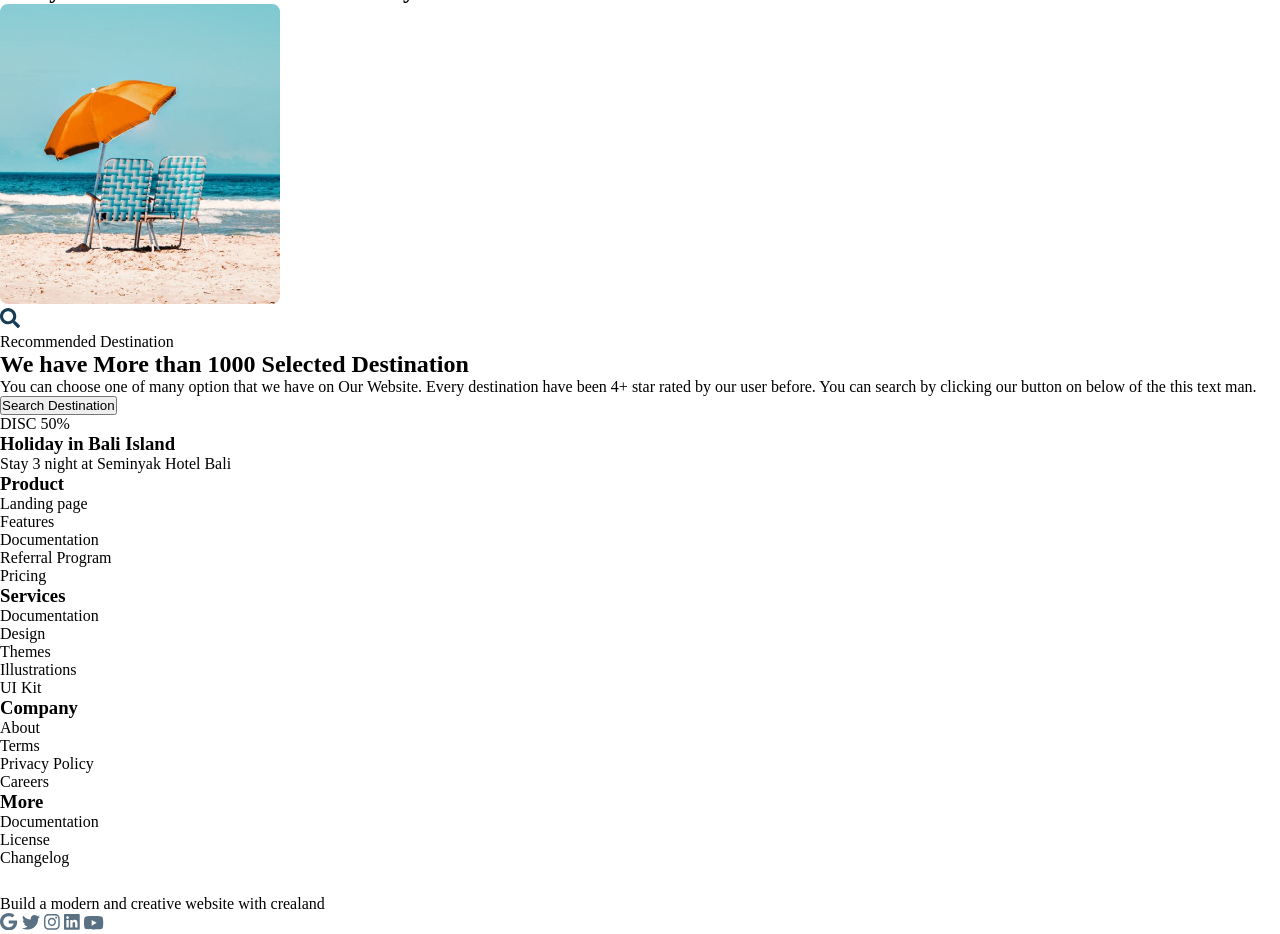
Repository: daviHmoraes/frontcomtailwind
Page: index.html
An editor plug-in stored every save of this project. The page is shown before and after the next save, followed by the edit.
The browser window is 1280 px wide. The pictures show the part of the page from y = 3929 to 4881 px (the page is 4863 px tall before and 4881 px after).
A picture or video elsewhere on the page could not be fetched, so the positions and the page height are approximate.

Above is the page before, as saved 2026-08-31 18:24:04.

### index.html
<!DOCTYPE html>
<html lang="en">
<head>
    <meta charset="UTF-8">
    <meta name="viewport" content="width=device-width, initial-scale=1.0">
    <title>Ehya - Home Page</title>
    <link rel="stylesheet" href="/css/style.css">
</head>
<body>

    <header>

        <section class="header">
            <img src="/img/Logo.svg" alt="Ehya Company Logo">
            <img src="/img/hamburguer-menu.svg" alt="Hamburguer menu Icon">
        </section>

        <section class="hero">

            <div class="hero-content">
                <h1>
                    Start Exploring to
                    Find Inner Peace
                    by Traveling
                </h1>

                <p>
                    Lost yourself with Vacation and
                    Travel into the place that you never
                    visit before. We have thousand
                    places in our database for you.
                </p>
            </div>

            <div class="form-card">

                <img src="/img/background-image.png" alt="Beach Background Image">

                <h2>
                    You can start search here
                </h2>

                <p>
                    Find thousand destination for travelling
                    with best prices. Apply “EHYA50” Code
                    on Payment Process.
                </p>

                <form>
                    <label for="where">Where</label><br>
                    <input type="text" id="where" name="where"><br>

                    <label for="checkin">Check In</label><br>
                    <input type="date" id="checkin" name="checkin"><br>

                    <label for="checkout">Check Out</label><br>
                    <input type="date" id="checkout" name="checkout"><br>

                    <label for="guests">Guests</label><br>
                    <input type="text" id="guests" name="guests"><br>

                    <input type="submit" id="submit">
                </form>
            </div>

            <img src="/img/circle.svg" alt="Circle Around the Arrow Icon">
            <img src="/img/south-arrow.svg" alt="South Pointing Arrow">

        </section>
    </header>

    <main>

        <section class="benefits">
            <h2>
                Travelya Benefit
                for User
            </h2>

            <p>
                We are self-service data analytics
                software that lets you create visually
                appealing data visualizations and
                insightful dashboards in minutes.
            </p>

            <div class="cards">
                <div class="card">
                    <img src="/img/card-icon/cheap-icon.svg" alt="Label Icon">

                    <div class="card-content">
                        <h3>
                            Cheap than Other
                        </h3>
                        <p>
                            Travelya is cheaper than other
                            travel agency.
                        </p>
                    </div>
                </div>

                <div class="card">
                    <img src="/img/card-icon/secure-icon.png" alt="Shield Icon">

                    <div class="card-content">
                        <h3>
                            Secure Payment
                        </h3>
                        <p>
                            You can pay your book without
                            doubt again.
                        </p>
                    </div>
                </div>

                <div class="card">
                    <img src="/img/card-icon/free-icon.svg" alt="AC Icon">

                    <div class="card-content">
                        <h3>
                            Free Amenities
                        </h3>
                        <p>
                            We guarantee you can give free amenities wherever
                            you are.
                        </p>
                    </div>
                </div>

                <div class="card">
                    <img src="/img/card-icon/top-icon.svg" alt="Crown Icon">

                    <div class="card-content">
                        <h3>
                            Top Rated
                        </h3>
                        <p>
                            Only show best destination
                            with 1000+ super review user
                        </p>
                    </div>
                </div>

                <div class="card">
                    <img src="/img/card-icon/best-icon.svg" alt="Medal Icon">

                    <div class="card-content">
                        <h3>
                            Best Offers
                        </h3>
                        <p>
                            Inform you about all best
                            offers for all destination
                        </p>
                    </div>
                </div>

                <div class="card">
                    <img src="/img/card-icon/easy-icon.svg" alt="Like Icon">

                    <div class="card-content">
                        <h3>
                            Easy Book
                        </h3>
                        <p>
                            Follow flow, Click, Pay. Wait.
                            Just wait e-ticket
                        </p>
                    </div>
                </div>

                <div class="card">
                    <img src="/img/card-icon/refund-icon.svg" alt="Hands Shell Icon">

                    <div class="card-content">
                        <h3>
                            Fast Refund
                        </h3>
                        <p>
                            If you canceled. We can refund
                            your money 1x12
                        </p>
                    </div>
                </div>

                <div class="card">
                    <img src="/img/card-icon/support-icon.svg" alt="Headphone Icon">

                    <div class="card-content">
                        <h3>
                            24/7 Support
                        </h3>
                        <p>
                            We’re ready help you anytime
                            and anywhere you are.
                        </p>
                    </div>
                </div>
            </div>
        </section>

        <section class="popular-destinations">
            <h2>
                Popular Destinations
            </h2>

            <div class="destinations">
                <div class="destination">
                    <img src="/img/destinations/venice.png" alt="Aerial Footage of Venice - Italy">
                    <h3>
                        Venice, Italy
                    </h3>
                    <p>
                        Travelling into the popular river in Italy
                    </p>
                    <button class="see-offers">
                        See Offers
                    </button>
                </div>

                <div class="destination">
                    <img src="/img/destinations/paris.png" alt="Aerial Footage of Paris - France">
                    <h3>
                        Paris, France
                    </h3>
                    <p>
                        Romance in popular world landmark
                    </p>
                    <button class="see-offers">
                        See Offers
                    </button>
                </div>

                <div class="destination">
                    <img src="/img/destinations/bali.png" alt="Aerial Footage of Bali - Indonesia">
                    <h3>
                        Bali, Indonesia
                    </h3>
                    <p>
                        See best sunset ver in the world
                    </p>
                    <button class="see-offers">
                        See Offers
                    </button>
                </div>

                <div class="destination">
                    <img src="/img/destinations/bali.png" alt="Aerial Footage of Santorini - Greece">
                    <h3>
                        Santorini, Greece
                    </h3>
                    <p>
                        Visit the 1000 Gods Country
                    </p>
                    <button class="see-offers">
                        See Offers
                    </button>
                </div>
            </div>

            <div class="see-offers">
                <a href="#">See All Offers</a>
                <img src="/img/east-arrow.svg" alt="East Pointing Arrow">
            </div>
        </section>

        <section class="about-travelya">
            <h3>
                ABOUT TRAVELYA
            </h3>

            <h1>
                Everyone Needs Travel. Needs a Holiday.
                Want to Break Free for a While
            </h1>

            <img src="/img/recommended-destination.png" alt="Beach Umbrella Footage">

            <div>
                <img src="/img/search.svg" alt="Search Bloom Icon">
                <p>Recommended Destination</p>
            </div>

            <h2>
                We have More than 1000
                Selected Destination
            </h2>

            <p>
                You can choose one of many option
                that we have on Our Website. Every
                destination have been 4+ star rated
                by our user before. You can search
                by clicking our button on below of
                the this text man.
            </p>

            <button class="search-destination">
                Search Destination
            </button>

            <div class="holiday-card">
                <span class="discount">DISC 50%</span>
                <h3>
                    Holiday in Bali Island
                </h3>
                <p>
                    Stay 3 night at Seminyak Hotel Bali
                </p>
            </div>

        </section>

    </main>

    <footer>
        <div class="redirects">
            <article>
                <h3>Product</h3>
                <p>Landing page</p>
                <p>Features</p>
                <p>Documentation</p>
                <p>Referral Program</p>
                <p>Pricing</p>
            </article>

            <article>
                <h3>Services</h3>
                <p>Documentation</p>
                <p>Design</p>
                <p>Themes</p>
                <p>Illustrations</p>
                <p>UI Kit</p>
            </article>

            <article>
                <h3>Company</h3>
                <p>About</p>
                <p>Terms</p>
                <p>Privacy Policy</p>
                <p>Careers</p>
            </article>

            <article>
                <h3>More</h3>
                <p>Documentation</p>
                <p>License</p>
                <p>Changelog</p>
            </article>
        </div>

        <div class="footer-content">
            <img src="/img/logo.svg" alt="Logo da empresa Ehya">

            <p>
                Build a modern and creative website with crealand
            </p>

            <div class="contacts">
                <img src="/img/footer-icons/google.svg" alt="Redirect Contact Google icon">
                <img src="/img/footer-icons/twitter.svg" alt="Redirect Contact Twitter icon">
                <img src="/img/footer-icons/instagram.svg" alt="Redirect Contact Instagram icon">
                <img src="/img/footer-icons/linkedin.svg" alt="Redirect Contact Linkedin icon">
                <img src="/img/footer-icons/youtube.svg" alt="Redirect Contact Youtube icon">
            </div>

        </div>

    </footer>

</body>
</html>

### css/style.css
* {
    margin: 0;
    padding: 0;
    overflow-x: hidden;
}

After the next save:
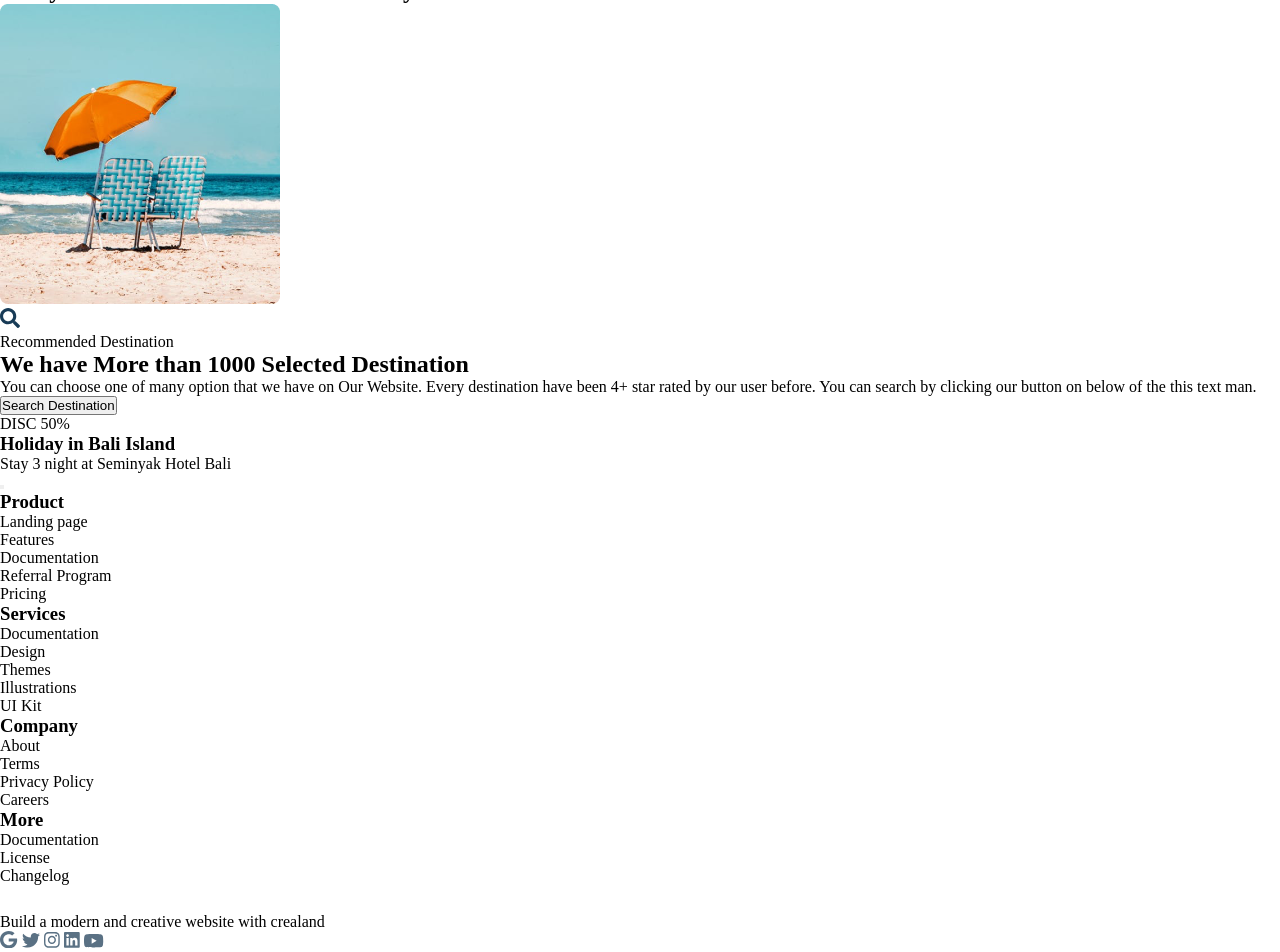
Saved 4 s later.
--- a/index.html
+++ b/index.html
@@ -307,6 +307,7 @@
                 <p>
                     Stay 3 night at Seminyak Hotel Bali
                 </p>
+                <button></button>
             </div>
 
         </section>
